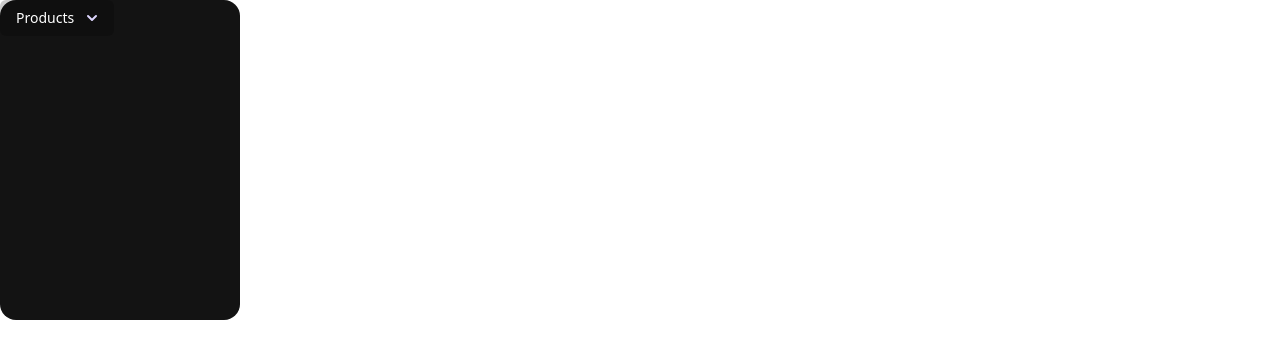
Repository: SayedJamil/Edvora-app
Page: /leftcard
An editor plug-in stored every save of this project. The page is shown before and after the next save, followed by the edit.
The browser window is 1280 px wide. The pictures show the whole page.
The project was rebuilt for these pictures with package versions that can differ from the ones it lists, and the page was loaded fresh each time. The framework's server and built-in components were replaced by stand-ins that run in the browser. Also part of the build but not shown: next.config.js.

Above is the page before, as saved 2021-12-19 15:35:59.

### pages/leftcard.js
import { Menu, Transition } from '@headlessui/react'
import { Fragment } from 'react'
import { ChevronDownIcon } from '@heroicons/react/solid'


function leftcard() {
    return (
        <div className="h-80 w-60 bg-[#131313] rounded-2xl">
            <Menu as="div" className="relative inline-block text-left">
                <div>
                    <Menu.Button className="inline-flex justify-center w-full px-4 py-2 text-sm font-medium text-white bg-black rounded-md bg-opacity-20 hover:bg-opacity-30 focus:outline-none focus-visible:ring-2 focus-visible:ring-white focus-visible:ring-opacity-75">
                        Products
                        <ChevronDownIcon
                            className="w-5 h-5 ml-2 -mr-1 text-violet-200 hover:text-violet-100"
                            aria-hidden="true"
                        />
                    </Menu.Button>
                </div>
                <Transition
                    as={Fragment}
                    enter="transition ease-out duration-100"
                    enterFrom="transform opacity-0 scale-95"
                    enterTo="transform opacity-100 scale-100"
                    leave="transition ease-in duration-75"
                    leaveFrom="transform opacity-100 scale-100"
                    leaveTo="transform opacity-0 scale-95"
                >
                    <Menu.Items className="absolute right-0 w-56 mt-2 origin-top-right bg-white divide-y divide-gray-100 rounded-md shadow-lg ring-1 ring-black ring-opacity-5 focus:outline-none">
                        <div className="px-1 py-1 ">
                            <Menu.Item>
                                {({ active }) => (
                                    <button
                                        className={`${active ? 'bg-violet-500 text-white' : 'text-gray-900'
                                            } group flex rounded-md items-center w-full px-2 py-2 text-sm`}
                                    >
                                        {active ? (
                                            <EditActiveIcon
                                                className="w-5 h-5 mr-2"
                                                aria-hidden="true"
                                            />
                                        ) : (
                                            <EditInactiveIcon
                                                className="w-5 h-5 mr-2"
                                                aria-hidden="true"
                                            />
                                        )}
                                        Edit
                                    </button>
                                )}
                            </Menu.Item>
                            <Menu.Item>
                                {({ active }) => (
                                    <button
                                        className={`${active ? 'bg-violet-500 text-white' : 'text-gray-900'
                                            } group flex rounded-md items-center w-full px-2 py-2 text-sm`}
                                    >
                                        {active ? (
                                            <DuplicateActiveIcon
                                                className="w-5 h-5 mr-2"
                                                aria-hidden="true"
                                            />
                                        ) : (
                                            <DuplicateInactiveIcon
                                                className="w-5 h-5 mr-2"
                                                aria-hidden="true"
                                            />
                                        )}
                                        Duplicate
                                    </button>
                                )}
                            </Menu.Item>
                        </div>
                        <div className="px-1 py-1">
                            <Menu.Item>
                                {({ active }) => (
                                    <button
                                        className={`${active ? 'bg-violet-500 text-white' : 'text-gray-900'
                                            } group flex rounded-md items-center w-full px-2 py-2 text-sm`}
                                    >
                                        {active ? (
                                            <ArchiveActiveIcon
                                                className="w-5 h-5 mr-2"
                                                aria-hidden="true"
                                            />
                                        ) : (
                                            <ArchiveInactiveIcon
                                                className="w-5 h-5 mr-2"
                                                aria-hidden="true"
                                            />
                                        )}
                                        Archive
                                    </button>
                                )}
                            </Menu.Item>
                            <Menu.Item>
                                {({ active }) => (
                                    <button
                                        className={`${active ? 'bg-violet-500 text-white' : 'text-gray-900'
                                            } group flex rounded-md items-center w-full px-2 py-2 text-sm`}
                                    >
                                        {active ? (
                                            <MoveActiveIcon
                                                className="w-5 h-5 mr-2"
                                                aria-hidden="true"
                                            />
                                        ) : (
                                            <MoveInactiveIcon
                                                className="w-5 h-5 mr-2"
                                                aria-hidden="true"
                                            />
                                        )}
                                        Move
                                    </button>
                                )}
                            </Menu.Item>
                        </div>
                        <div className="px-1 py-1">
                            <Menu.Item>
                                {({ active }) => (
                                    <button
                                        className={`${active ? 'bg-violet-500 text-white' : 'text-gray-900'
                                            } group flex rounded-md items-center w-full px-2 py-2 text-sm`}
                                    >
                                        {active ? (
                                            <DeleteActiveIcon
                                                className="w-5 h-5 mr-2 text-violet-400"
                                                aria-hidden="true"
                                            />
                                        ) : (
                                            <DeleteInactiveIcon
                                                className="w-5 h-5 mr-2 text-violet-400"
                                                aria-hidden="true"
                                            />
                                        )}
                                        Delete
                                    </button>
                                )}
                            </Menu.Item>
                        </div>
                    </Menu.Items>
                </Transition>
            </Menu>
        </div>
    )
}

export default leftcard

function EditInactiveIcon(props) {
    return (
        <svg
            {...props}
            viewBox="0 0 20 20"
            fill="none"
            xmlns="http://www.w3.org/2000/svg"
        >
            <path
                d="M4 13V16H7L16 7L13 4L4 13Z"
                fill="#EDE9FE"
                stroke="#A78BFA"
                strokeWidth="2"
            />
        </svg>
    )
}

function EditActiveIcon(props) {
    return (
        <svg
            {...props}
            viewBox="0 0 20 20"
            fill="none"
            xmlns="http://www.w3.org/2000/svg"
        >
            <path
                d="M4 13V16H7L16 7L13 4L4 13Z"
                fill="#8B5CF6"
                stroke="#C4B5FD"
                strokeWidth="2"
            />
        </svg>
    )
}

function DuplicateInactiveIcon(props) {
    return (
        <svg
            {...props}
            viewBox="0 0 20 20"
            fill="none"
            xmlns="http://www.w3.org/2000/svg"
        >
            <path
                d="M4 4H12V12H4V4Z"
                fill="#EDE9FE"
                stroke="#A78BFA"
                strokeWidth="2"
            />
            <path
                d="M8 8H16V16H8V8Z"
                fill="#EDE9FE"
                stroke="#A78BFA"
                strokeWidth="2"
            />
        </svg>
    )
}

function DuplicateActiveIcon(props) {
    return (
        <svg
            {...props}
            viewBox="0 0 20 20"
            fill="none"
            xmlns="http://www.w3.org/2000/svg"
        >
            <path
                d="M4 4H12V12H4V4Z"
                fill="#8B5CF6"
                stroke="#C4B5FD"
                strokeWidth="2"
            />
            <path
                d="M8 8H16V16H8V8Z"
                fill="#8B5CF6"
                stroke="#C4B5FD"
                strokeWidth="2"
            />
        </svg>
    )
}

function ArchiveInactiveIcon(props) {
    return (
        <svg
            {...props}
            viewBox="0 0 20 20"
            fill="none"
            xmlns="http://www.w3.org/2000/svg"
        >
            <rect
                x="5"
                y="8"
                width="10"
                height="8"
                fill="#EDE9FE"
                stroke="#A78BFA"
                strokeWidth="2"
            />
            <rect
                x="4"
                y="4"
                width="12"
                height="4"
                fill="#EDE9FE"
                stroke="#A78BFA"
                strokeWidth="2"
            />
            <path d="M8 12H12" stroke="#A78BFA" strokeWidth="2" />
        </svg>
    )
}

function ArchiveActiveIcon(props) {
    return (
        <svg
            {...props}
            viewBox="0 0 20 20"
            fill="none"
            xmlns="http://www.w3.org/2000/svg"
        >
            <rect
                x="5"
                y="8"
                width="10"
                height="8"
                fill="#8B5CF6"
                stroke="#C4B5FD"
                strokeWidth="2"
            />
            <rect
                x="4"
                y="4"
                width="12"
                height="4"
                fill="#8B5CF6"
                stroke="#C4B5FD"
                strokeWidth="2"
            />
            <path d="M8 12H12" stroke="#A78BFA" strokeWidth="2" />
        </svg>
    )
}

function MoveInactiveIcon(props) {
    return (
        <svg
            {...props}
            viewBox="0 0 20 20"
            fill="none"
            xmlns="http://www.w3.org/2000/svg"
        >
            <path d="M10 4H16V10" stroke="#A78BFA" strokeWidth="2" />
            <path d="M16 4L8 12" stroke="#A78BFA" strokeWidth="2" />
            <path d="M8 6H4V16H14V12" stroke="#A78BFA" strokeWidth="2" />
        </svg>
    )
}

function MoveActiveIcon(props) {
    return (
        <svg
            {...props}
            viewBox="0 0 20 20"
            fill="none"
            xmlns="http://www.w3.org/2000/svg"
        >
            <path d="M10 4H16V10" stroke="#C4B5FD" strokeWidth="2" />
            <path d="M16 4L8 12" stroke="#C4B5FD" strokeWidth="2" />
            <path d="M8 6H4V16H14V12" stroke="#C4B5FD" strokeWidth="2" />
        </svg>
    )
}

function DeleteInactiveIcon(props) {
    return (
        <svg
            {...props}
            viewBox="0 0 20 20"
            fill="none"
            xmlns="http://www.w3.org/2000/svg"
        >
            <rect
                x="5"
                y="6"
                width="10"
                height="10"
                fill="#EDE9FE"
                stroke="#A78BFA"
                strokeWidth="2"
            />
            <path d="M3 6H17" stroke="#A78BFA" strokeWidth="2" />
            <path d="M8 6V4H12V6" stroke="#A78BFA" strokeWidth="2" />
        </svg>
    )
}

function DeleteActiveIcon(props) {
    return (
        <svg
            {...props}
            viewBox="0 0 20 20"
            fill="none"
            xmlns="http://www.w3.org/2000/svg"
        >
            <rect
                x="5"
                y="6"
                width="10"
                height="10"
                fill="#8B5CF6"
                stroke="#C4B5FD"
                strokeWidth="2"
            />
            <path d="M3 6H17" stroke="#C4B5FD" strokeWidth="2" />
            <path d="M8 6V4H12V6" stroke="#C4B5FD" strokeWidth="2" />
        </svg>
    )
}

### styles/globals.css
body {
  margin: 0;
  padding: 0;
}
@tailwind base;
@tailwind components;
@tailwind utilities;

Loaded but not shown: pages/_app.js (common file); tailwind.config.js (common file)

After the next save:
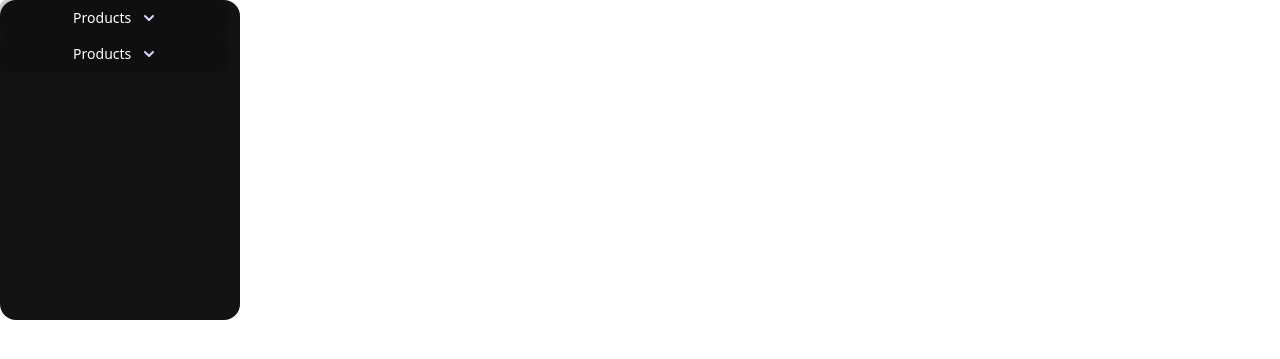
Saved 7 min 30 s later.
--- a/pages/leftcard.js
+++ b/pages/leftcard.js
@@ -8,6 +8,13 @@ function leftcard() {
         <div className="h-80 w-60 bg-[#131313] rounded-2xl">
             <Menu as="div" className="relative inline-block text-left">
                 <div>
+                    <Menu.Button className="inline-flex justify-center w-full px-4 py-2 text-sm font-medium text-white bg-black rounded-md bg-opacity-20 hover:bg-opacity-30 focus:outline-none focus-visible:ring-2 focus-visible:ring-white focus-visible:ring-opacity-75">
+                        Products
+                        <ChevronDownIcon
+                            className="w-5 h-5 ml-2 -mr-1 text-violet-200 hover:text-violet-100"
+                            aria-hidden="true"
+                        />
+                    </Menu.Button>
                     <Menu.Button className="inline-flex justify-center w-full px-4 py-2 text-sm font-medium text-white bg-black rounded-md bg-opacity-20 hover:bg-opacity-30 focus:outline-none focus-visible:ring-2 focus-visible:ring-white focus-visible:ring-opacity-75">
                         Products
                         <ChevronDownIcon
